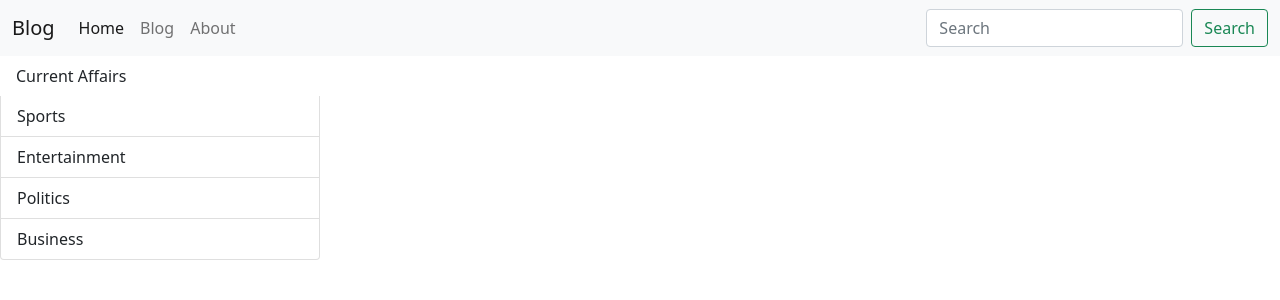
Repository: syni18/bootstrap_blog
Page: index.html
These files come from the project's save history. The page is drawn as it stood at one moment and after a run of saves; the edit follows.
The browser window is 1280 px wide. The pictures show the whole page.

Above is the page before, as saved 2023-10-25 21:06:09.

### index.html
<!DOCTYPE html>
<html lang="en">
<head>
    <meta charset="UTF-8">
    <meta name="viewport" content="width=device-width, initial-scale=1.0">
     <link href="https://cdn.jsdelivr.net/npm/bootstrap@5.0.2/dist/css/bootstrap.min.css" rel="stylesheet" integrity="sha384-EVSTQN3/azprG1Anm3QDgpJLIm9Nao0Yz1ztcQTwFspd3yD65VohhpuuCOmLASjC" crossorigin="anonymous">
    <script src="https://cdn.jsdelivr.net/npm/bootstrap@5.0.2/dist/js/bootstrap.bundle.min.js" integrity="sha384-MrcW6ZMFYlzcLA8Nl+NtUVF0sA7MsXsP1UyJoMp4YLEuNSfAP+JcXn/tWtIaxVXM" crossorigin="anonymous"></script>
    <title>Blogging</title>
</head>
<body>
    <nav class="navbar navbar-expand-lg navbar-light bg-light">
      <div class="container-fluid">
        <a class="navbar-brand" href="#">
          Blog
        </a>
        <button
          class="navbar-toggler"
          type="button"
          data-bs-toggle="collapse"
          data-bs-target="#navbarSupportedContent"
          aria-controls="navbarSupportedContent"
          aria-expanded="false"
          aria-label="Toggle navigation"
        >
          <span class="navbar-toggler-icon"></span>
        </button>
        <div class="collapse navbar-collapse" id="navbarSupportedContent">
          <ul class="navbar-nav me-auto mb-2 mb-lg-0">
            <li class="nav-item">
              <a class="nav-link active" aria-current="page" href="#">
                Home
              </a>
            </li>
            <li class="nav-item">
              <a class="nav-link" href="#">
                Blog
              </a>
            </li>
            <!-- <li class="nav-item dropdown">
              <a
                class="nav-link dropdown-toggle"
                href="#"
                id="navbarDropdown"
                role="button"
                data-bs-toggle="dropdown"
                aria-expanded="false"
              >
                Dropdown
              </a>
              <ul class="dropdown-menu" aria-labelledby="navbarDropdown">
                <li>
                  <a class="dropdown-item" href="#">
                    Action
                  </a>
                </li>
                <li>
                  <a class="dropdown-item" href="#">
                    Another action
                  </a>
                </li>
                <li>
                  <hr class="dropdown-divider" />
                </li>
                <li>
                  <a class="dropdown-item" href="#">
                    Something else here
                  </a>
                </li>
              </ul>
            </li> -->
            <li class="nav-item">
              <a class="nav-link" href="#">
                About
              </a>
            </li>
          </ul>
          <form class="d-flex">
            <input
              class="form-control me-2"
              type="search"
              placeholder="Search"
              aria-label="Search"
            />
            <button class="btn btn-outline-success" type="submit">
              Search
            </button>
          </form>
        </div>
      </div>
    </nav>
            <div class=" w-25 p-0">
          <ul class="list-group">
            <li class="list-group-item border-0">Current Affairs</li>
            <li class="list-group-item">Sports</li>
            <li class="list-group-item">Entertainment</li>
            <li class="list-group-item">Politics</li>
            <li class="list-group-item">Business</li>

          </ul>
        </div>
</body>
</html>

After the next 4 saves:
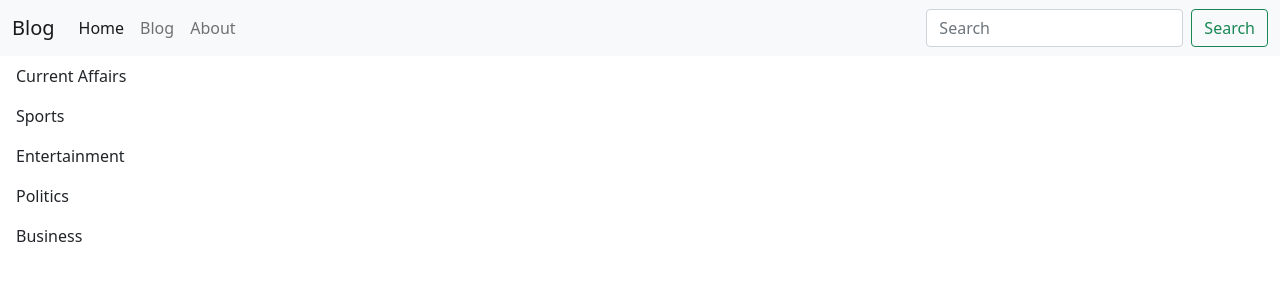
The 4 saves are shown as one change because they came seconds apart.
The last was saved 24 s later.
--- a/index.html
+++ b/index.html
@@ -91,10 +91,10 @@
             <div class=" w-25 p-0">
           <ul class="list-group">
             <li class="list-group-item border-0">Current Affairs</li>
-            <li class="list-group-item">Sports</li>
-            <li class="list-group-item">Entertainment</li>
-            <li class="list-group-item">Politics</li>
-            <li class="list-group-item">Business</li>
+            <li class="list-group-item border-0">Sports</li>
+            <li class="list-group-item border-0">Entertainment</li>
+            <li class="list-group-item border-0">Politics</li>
+            <li class="list-group-item border-0">Business</li>
 
           </ul>
         </div>
